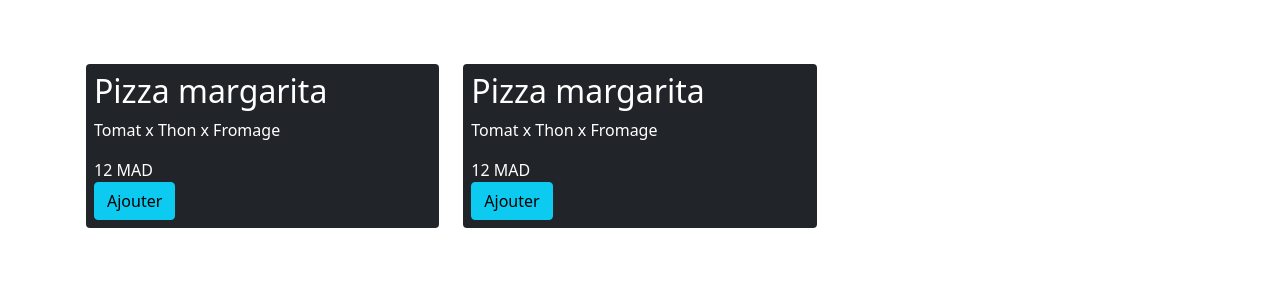
Repository: FS-23/my-restaurant
Page: /
The author's editor kept a copy of each file at every save. The page is drawn from the files as they stood at one save, then again after the next save.
The browser window is 1280 px wide. The pictures show the whole page.
The project was rebuilt for these pictures with package versions that can differ from the ones it lists, and the page was loaded fresh each time.

Above is the page before, as saved 2022-04-29 13:48:49.

### public/index.html
<!DOCTYPE html>
<html lang="en">
  <head>
    <meta charset="utf-8" />
    <link rel="icon" href="%PUBLIC_URL%/favicon.ico" />
    <meta name="viewport" content="width=device-width, initial-scale=1" />
    <meta name="theme-color" content="#000000" />
    <meta
      name="description"
      content="Web site created using create-react-app"
    />
    <link rel="apple-touch-icon" href="%PUBLIC_URL%/logo192.png" />
    <!--
      manifest.json provides metadata used when your web app is installed on a
      user's mobile device or desktop. See https://developers.google.com/web/fundamentals/web-app-manifest/
    -->
    <link rel="manifest" href="%PUBLIC_URL%/manifest.json" />
    <!--
      Notice the use of %PUBLIC_URL% in the tags above.
      It will be replaced with the URL of the `public` folder during the build.
      Only files inside the `public` folder can be referenced from the HTML.

      Unlike "/favicon.ico" or "favicon.ico", "%PUBLIC_URL%/favicon.ico" will
      work correctly both with client-side routing and a non-root public URL.
      Learn how to configure a non-root public URL by running `npm run build`.
    -->
    <title>React App</title>
    <!-- CSS only -->
<link href="https://cdn.jsdelivr.net/npm/bootstrap@5.1.3/dist/css/bootstrap.min.css" rel="stylesheet">
  </head>
  <body>
    <noscript>You need to enable JavaScript to run this app.</noscript>
    <div id="root"></div>
    <!--
      This HTML file is a template.
      If you open it directly in the browser, you will see an empty page.

      You can add webfonts, meta tags, or analytics to this file.
      The build step will place the bundled scripts into the <body> tag.

      To begin the development, run `npm start` or `yarn start`.
      To create a production bundle, use `npm run build` or `yarn build`.
    -->
  </body>
</html>

### src/index.css
.plan-container {
    width: auto ;
    background-color: grey;
}

.app-gradient-container {
   background-image: linear-gradient(160deg , red , blue);
   opacity: 0.2;
}

### src/App.js
import Menu from './components/Menu'
function App() {
  return (
    <div className="">
       <div className='vw-100 vh-100 position-fixed text-white'>
           <div className='position-absolute d-none top-0 w-100 h-100 bg-dark app-gradient-container'>

           </div>
           <div className="mt-5 p-3 rounded container ">
              <Menu />
           </div>
       </div>
    </div>
  );
}

export default App;

### src/components/Menu.js
import Plat from "./Plat"
function Menu(){
    return (
        <div className="row">
            < Plat name="Pizza margarita" price="12" ingredient="Tomat x Thon x Fromage" />
            < Plat name="Pizza margarita" price="12" ingredient="Tomat x Thon x Fromage" />
        </div>
    )
}

export default Menu

### src/components/Plat.js

function Plat (props){
    return(
        <div className=" col-1 col-sm-2 col-lg-4" >
            <div className="bg-dark p-2 rounded">
                <h2>{props.name} </h2>
                <p> {props.ingredient}</p>
                <div>
                    {props.price} MAD
                </div>
                <button className="btn btn-info">Ajouter</button>
            </div>
       </div>


    )
}

export default Plat

Loaded but not shown: src/index.js (common file)

After the next save:
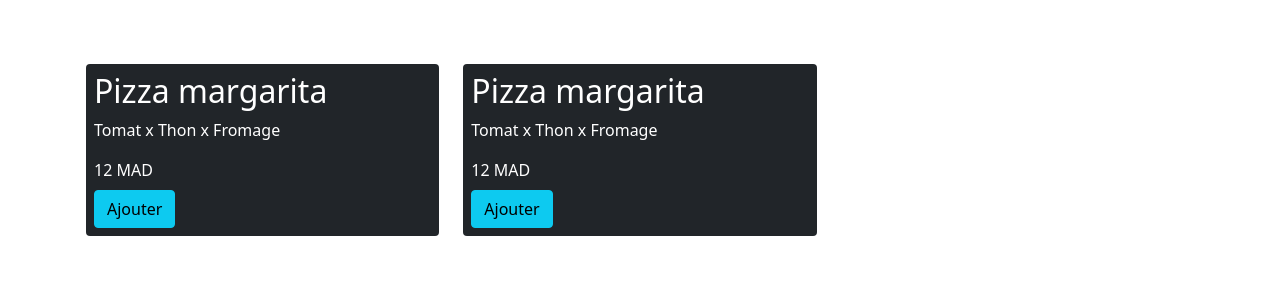
Saved 10 s later.
--- a/src/components/Plat.js
+++ b/src/components/Plat.js
@@ -8,7 +8,7 @@ function Plat (props){
                 <div>
                     {props.price} MAD
                 </div>
-                <button className="btn btn-info">Ajouter</button>
+                <button className="btn btn-info mt-2">Ajouter</button>
             </div>
        </div>
 
